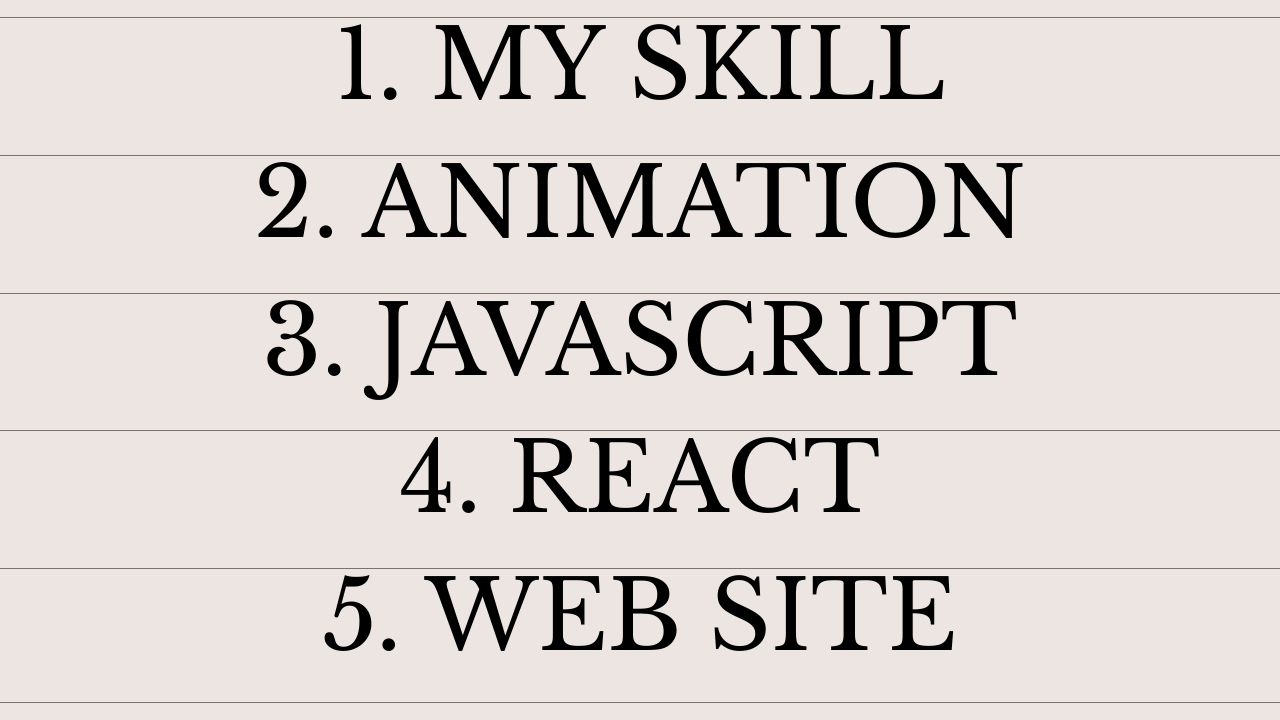
Repository: clsrnemfdml/portfolio_parksj_versiton1
Page: index.html
These files come from the project's save history. The page is drawn as it stood at one moment and after the next save; the edit follows.
The browser window is 1280 px wide. The pictures show the whole page.

Above is the page before, as saved 2021-09-10 07:46:40.

After the next save:
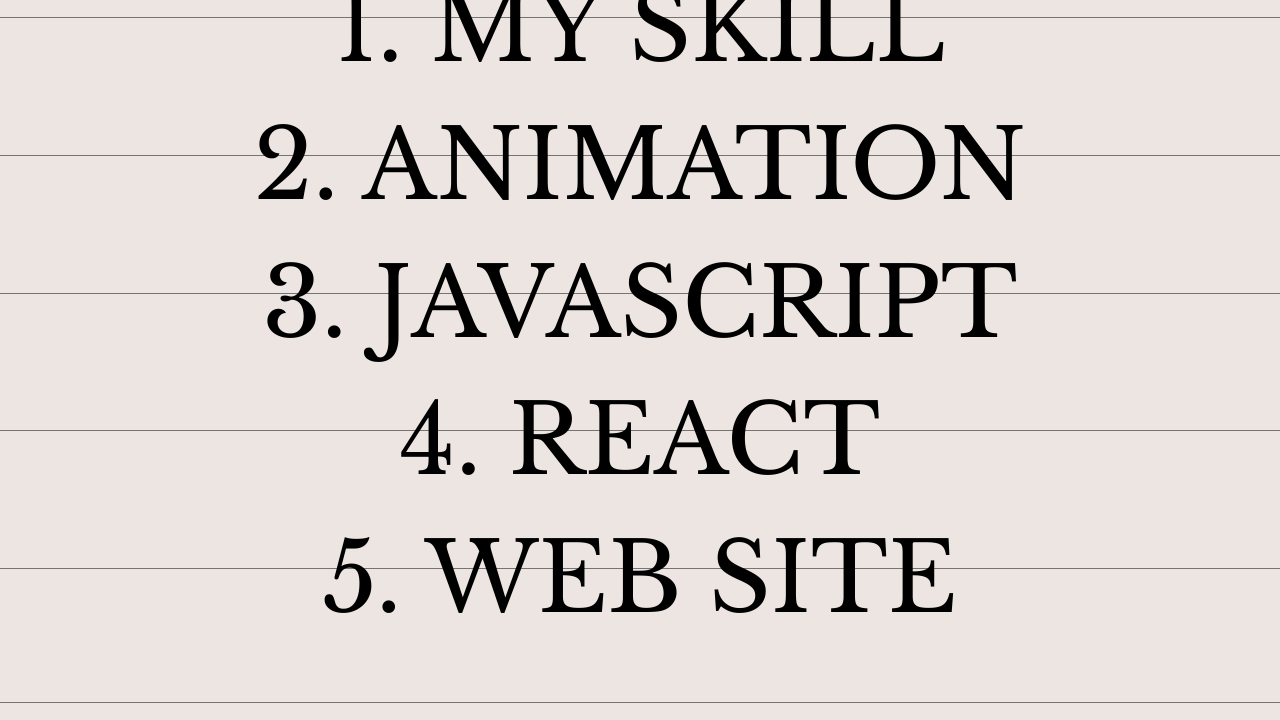
Saved 19 s later.
--- a/css/index.css
+++ b/css/index.css
@@ -23,6 +23,7 @@
 .clickMenu .wrap_portFolio ul li{height: calc(100%/5); width: 100%; border-bottom: 1px solid #767371;
     font-size: 6rem;
     text-align: center;
+    line-height: 20%;
 }
 .clickMenu .wrap_portFolio ul li:last-child{height: calc(100%/5); width: 100%; border-bottom: 0}
 

After the save that followed:
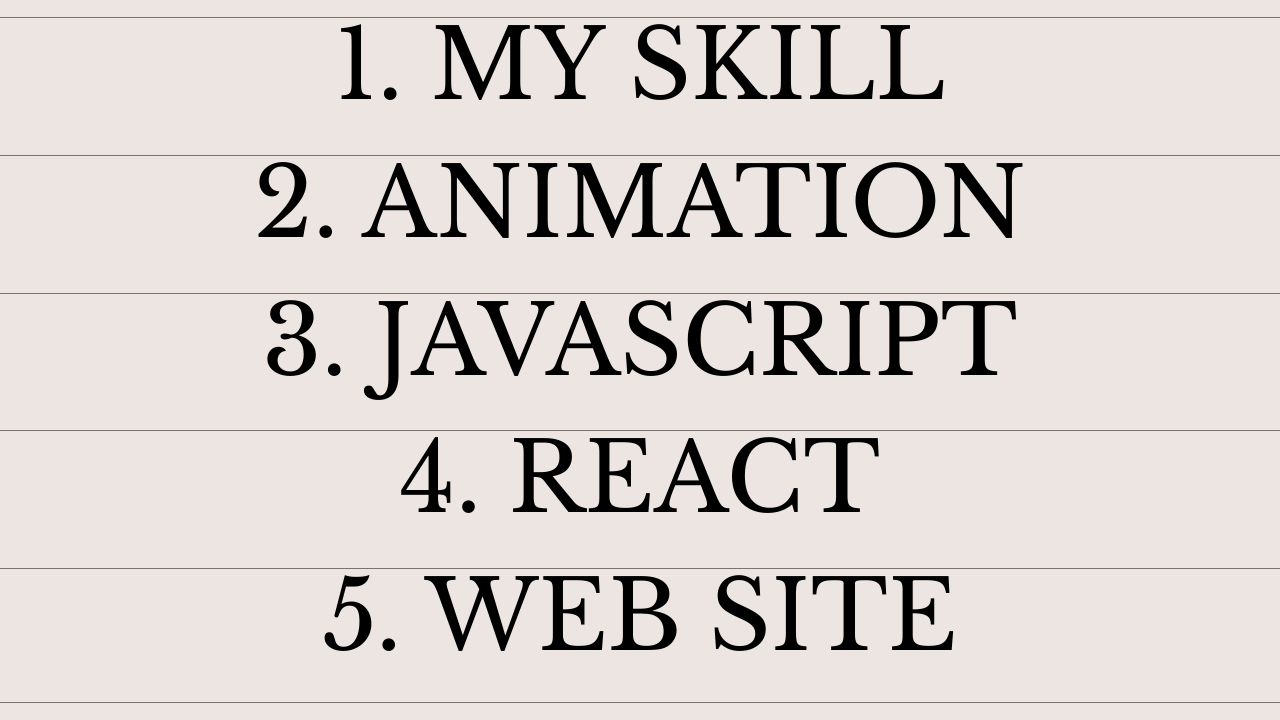
Saved 5 s later.
--- a/css/index.css
+++ b/css/index.css
@@ -23,7 +23,6 @@
 .clickMenu .wrap_portFolio ul li{height: calc(100%/5); width: 100%; border-bottom: 1px solid #767371;
     font-size: 6rem;
     text-align: center;
-    line-height: 20%;
 }
 .clickMenu .wrap_portFolio ul li:last-child{height: calc(100%/5); width: 100%; border-bottom: 0}
 
